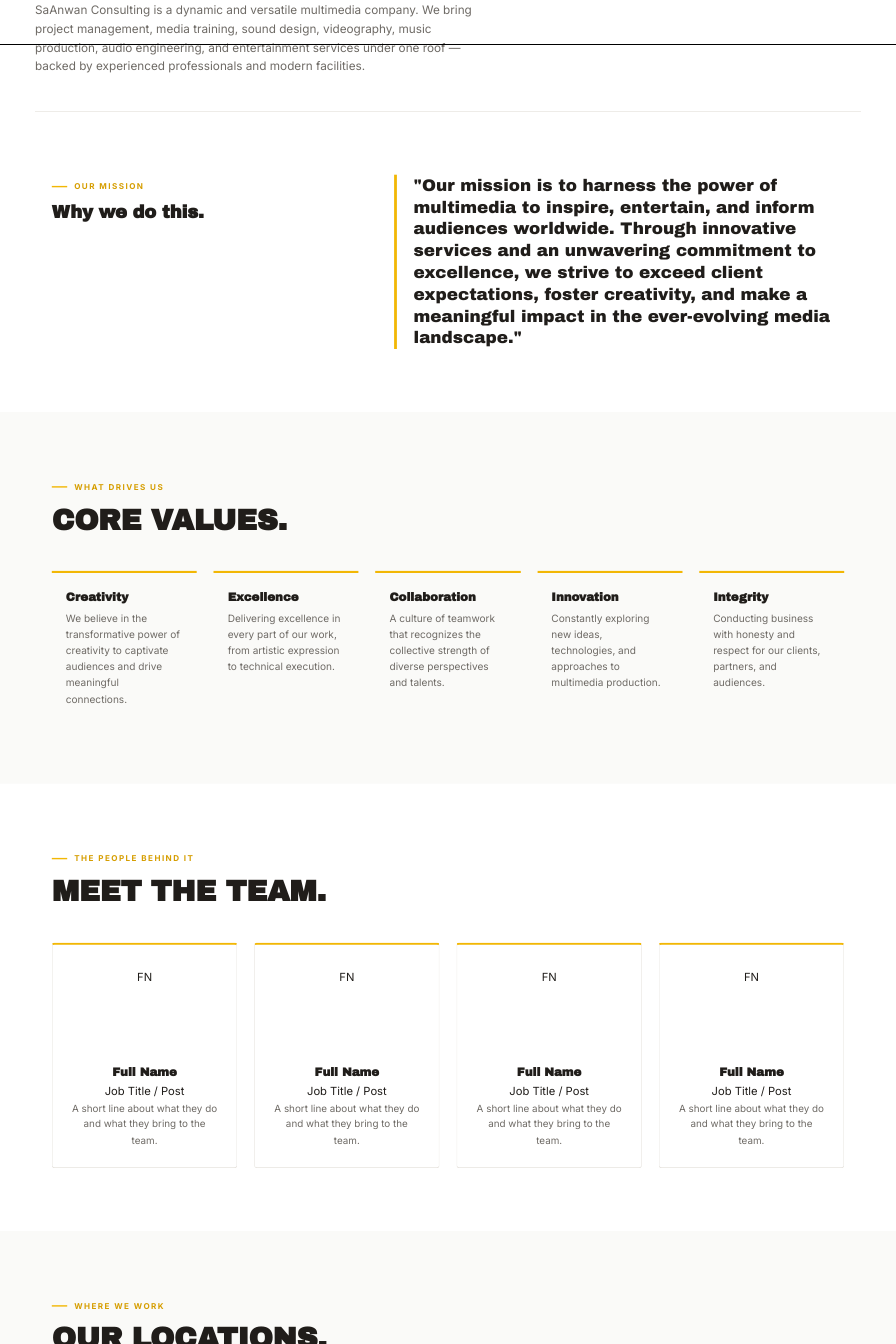
Repository: joshuaonazi/saanwan
Page: about.html
The author's editor kept a copy of each file at every save. The page is drawn from the files as they stood at one save, then again after the next save.
The browser window is 1280 px wide. The pictures show the part of the page from y = 301 to 2221 px (the page is 3235 px tall before and 3113 px after), at 70% of full size.

Above is the page before, as saved 2026-07-10 17:02:22.

### about.html
<!DOCTYPE html>
<html lang="en">
  <head>
    <meta charset="UTF-8">
    <meta name="viewport" content="width=device-width, initial-scale=1.0">
    <title>About — SAANWAN Consulting</title>
    <meta name="description" content="Learn about SAANWAN Consulting LLC — our mission, core values, and offices in San Antonio, Las Vegas, and Nigeria.">
    <link rel="preconnect" href="https://fonts.googleapis.com">
    <link rel="preconnect" href="https://fonts.gstatic.com" crossorigin>
    <link href="https://fonts.googleapis.com/css2?family=Archivo+Black&family=Inter:wght@400;500;600;700&display=swap" rel="stylesheet">
    <link rel="stylesheet" href="styles.css">
  </head>
<body>

<header class="site-header">
  <nav class="nav wrap">
    <a href="index.html" class="logo" aria-label="SAANWAN home">
      <span class="bar"></span><span class="bar"></span><span class="bar"></span>
      SAANWAN
    </a>
    <button class="nav-toggle" aria-label="Toggle menu" aria-expanded="false">
      <span></span><span></span><span></span>
    </button>
    <div class="nav-links">
      <a href="index.html">Home</a>
      <a href="about.html" aria-current="page">About</a>
      <a href="services.html">Services</a>
      <a href="contact.html" class="nav-cta">Start a Project</a>
    </div>
  </nav>
</header>

<main>

  <section class="page-hero wrap">
    <div class="eq-divider"><span></span><span></span><span></span><span></span><span></span></div>
    <span class="eyebrow">About SaAnwan Consulting LLC</span>
    <h2 style>WHAT WE DO</h2>
    <p>Based in the United States, with offices in San Antonio, Las Vegas, and Nigeria, SaAnwan Consulting is a dynamic and versatile multimedia company. We bring project management, media training, sound design, videography, music production, audio engineering, and entertainment services under one roof — backed by experienced professionals and modern facilities.</p>
  </section>

  <section class="section">
    <div class="wrap mission-block">
      <div>
        <span class="eyebrow">Our Mission</span>
        <h2 style="text-transform:none; font-size: 1.6rem;">Why we do this.</h2>
      </div>
      <blockquote>
        "Our mission is to harness the power of multimedia to inspire, entertain, and inform audiences worldwide. Through innovative services and an unwavering commitment to excellence, we strive to exceed client expectations, foster creativity, and make a meaningful impact in the ever-evolving media landscape."
      </blockquote>
    </div>
  </section>

  <section class="section section-cream">
    <div class="wrap">
      <div class="section-head">
        <span class="eyebrow">What Drives Us</span>
        <h2>Core values.</h2>
      </div>
      <div class="values-grid">
        <div class="value-card">
          <h3>Creativity</h3>
          <p>We believe in the transformative power of creativity to captivate audiences and drive meaningful connections.</p>
        </div>
        <div class="value-card">
          <h3>Excellence</h3>
          <p>Delivering excellence in every part of our work, from artistic expression to technical execution.</p>
        </div>
        <div class="value-card">
          <h3>Collaboration</h3>
          <p>A culture of teamwork that recognizes the collective strength of diverse perspectives and talents.</p>
        </div>
        <div class="value-card">
          <h3>Innovation</h3>
          <p>Constantly exploring new ideas, technologies, and approaches to multimedia production.</p>
        </div>
        <div class="value-card">
          <h3>Integrity</h3>
          <p>Conducting business with honesty and respect for our clients, partners, and audiences.</p>
        </div>
      </div>
    </div>
  </section>

  <section class="section">
    <div class="wrap">
      <div class="section-head">
        <span class="eyebrow">The People Behind It</span>
        <h2>Meet the team.</h2>
      </div>
      <!--
        TEAM SETUP — this whole block is placeholder content, swap it for the real thing:
        1. Replace each <div class="placeholder-initials">XX</div> with
           <img src="assets/team/filename.jpg" alt="Full Name">
           (add real photos into an /assets/team/ folder — square images work best)
        2. Update the name, role/post, and short description text for each person.
        3. Copy a whole .team-card block to add more members, or delete one to remove.
      -->
      <div class="team-grid">
        <div class="team-card">
          <div class="team-photo">
            <div class="placeholder-initials">FN</div>
          </div>
          <div class="team-info">
            <h3>Full Name</h3>
            <span class="role">Job Title / Post</span>
            <p>A short line about what they do and what they bring to the team.</p>
          </div>
        </div>
        <div class="team-card">
          <div class="team-photo">
            <div class="placeholder-initials alt">FN</div>
          </div>
          <div class="team-info">
            <h3>Full Name</h3>
            <span class="role">Job Title / Post</span>
            <p>A short line about what they do and what they bring to the team.</p>
          </div>
        </div>
        <div class="team-card">
          <div class="team-photo">
            <div class="placeholder-initials">FN</div>
          </div>
          <div class="team-info">
            <h3>Full Name</h3>
            <span class="role">Job Title / Post</span>
            <p>A short line about what they do and what they bring to the team.</p>
          </div>
        </div>
        <div class="team-card">
          <div class="team-photo">
            <div class="placeholder-initials alt">FN</div>
          </div>
          <div class="team-info">
            <h3>Full Name</h3>
            <span class="role">Job Title / Post</span>
            <p>A short line about what they do and what they bring to the team.</p>
          </div>
        </div>
      </div>
    </div>
  </section>

  <section class="section section-cream">
    <div class="wrap">
      <div class="section-head">
        <span class="eyebrow">Where We Work</span>
        <h2>Our locations.</h2>
      </div>
      <div class="locations-grid">
        <div class="location-card">
          <span class="eyebrow">Texas</span>
          <h3>San Antonio</h3>
          <p>United States</p>
        </div>
        <div class="location-card">
          <span class="eyebrow">Nevada</span>
          <h3>Las Vegas</h3>
          <p>United States</p>
        </div>
        <div class="location-card">
          <span class="eyebrow">West Africa</span>
          <h3>Nigeria</h3>
          <p>International office</p>
        </div>
      </div>
    </div>
  </section>

  <section class="cta-banner">
    <div class="wrap">
      <span class="eyebrow" style="color: var(--color-yellow);">Let's Talk</span>
      <h2>Bring your project to a team that's done this before.</h2>
      <div class="cta-actions">
        <a href="contact.html" class="btn btn-primary">Get In Touch</a>
        <a href="services.html" class="btn btn-outline-light">See All Services</a>
      </div>
    </div>
  </section>

</main>

<footer class="site-footer">
  <div class="wrap">
    <div class="footer-top">
      <div>
        <a href="index.html" class="logo">
          <span class="bar"></span><span class="bar"></span><span class="bar"></span>
          SAANWAN
        </a>
        <p>A multimedia consulting company delivering creative and technical excellence across production, sound, and screen.</p>
      </div>
      <div class="footer-col">
        <h4>Site</h4>
        <ul>
          <li><a href="index.html">Home</a></li>
          <li><a href="about.html">About</a></li>
          <li><a href="services.html">Services</a></li>
          <li><a href="contact.html">Contact</a></li>
        </ul>
      </div>
      <div class="footer-col">
        <h4>Services</h4>
        <ul>
          <li><a href="services.html">Sound Design</a></li>
          <li><a href="services.html">Videography</a></li>
          <li><a href="services.html">Music Production</a></li>
          <li><a href="services.html">Audio Engineering</a></li>
        </ul>
      </div>
      <div class="footer-col">
        <h4>Locations</h4>
        <ul>
          <li><a href="about.html">San Antonio, USA</a></li>
          <li><a href="about.html">Las Vegas, USA</a></li>
          <li><a href="about.html">Nigeria</a></li>
        </ul>
      </div>
    </div>
    <div class="footer-bottom">
      <span>&copy; <span id="year"></span> SaAnwan Consulting LLC. All rights reserved.</span>
      <span>Built for creators, by creators.</span>
    </div>
  </div>
</footer>

<script src="index.js"></script>
</body>
</html>

Loaded but not shown: index.js (129 lines, source omitted); styles.css (757 lines, source omitted)

After the next save:
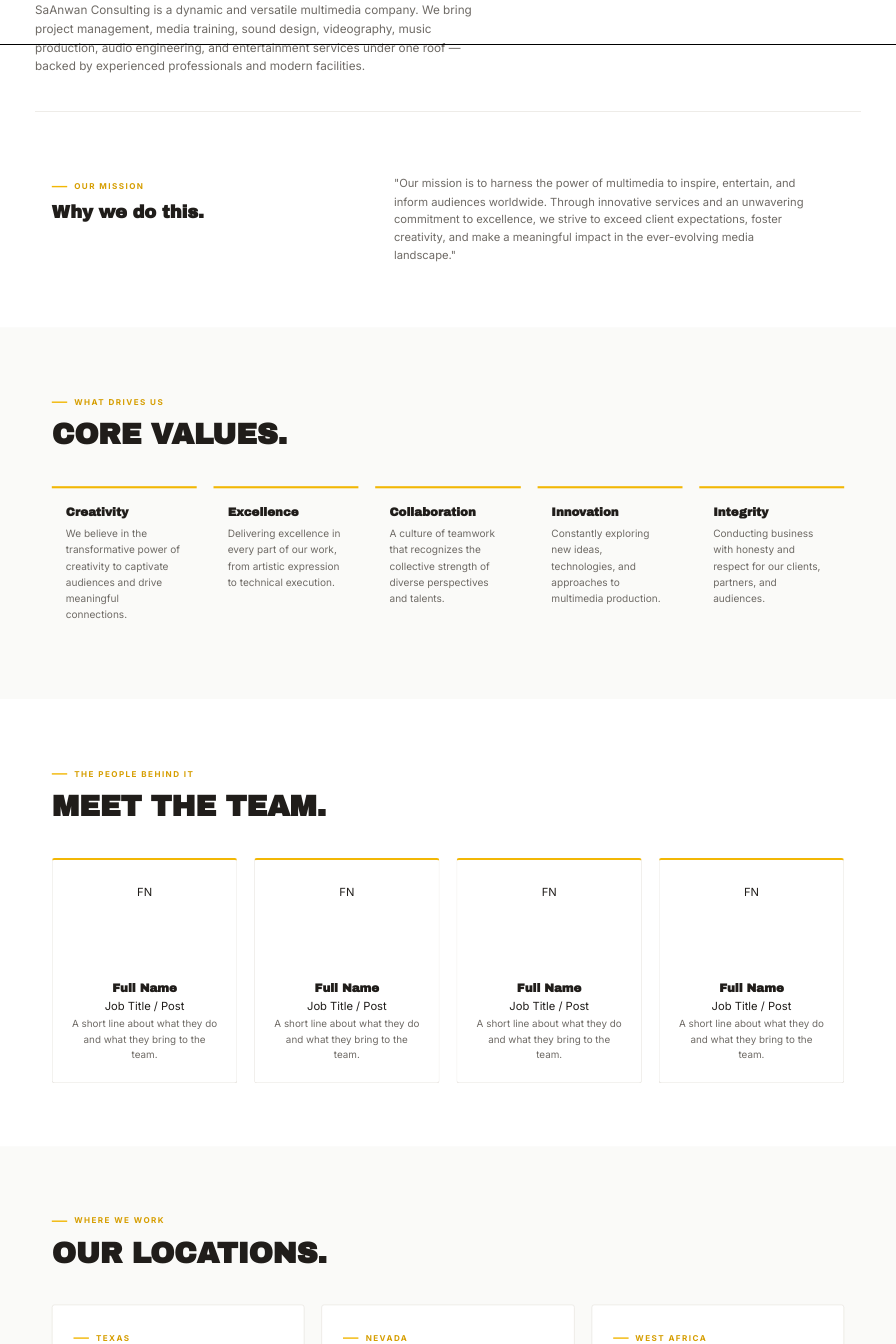
Saved 34 s later.
--- a/about.html
+++ b/about.html
@@ -45,9 +45,9 @@
         <span class="eyebrow">Our Mission</span>
         <h2 style="text-transform:none; font-size: 1.6rem;">Why we do this.</h2>
       </div>
-      <blockquote>
+      <P>
         "Our mission is to harness the power of multimedia to inspire, entertain, and inform audiences worldwide. Through innovative services and an unwavering commitment to excellence, we strive to exceed client expectations, foster creativity, and make a meaningful impact in the ever-evolving media landscape."
-      </blockquote>
+      </P>
     </div>
   </section>
 
